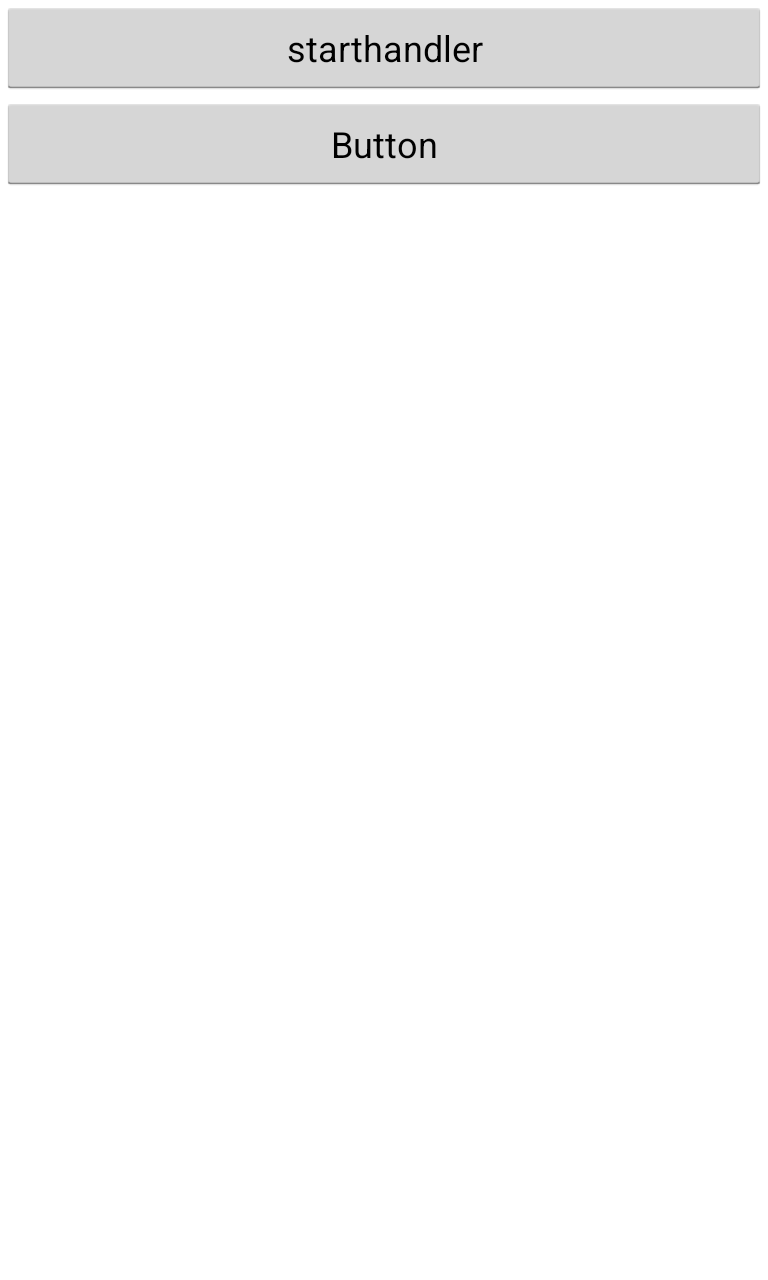
Repository: fengzixu/AndroidLearing
Layout: MyTestPrograme/AndroidDemo/res/layout/layout_newhandler.xml
The author's editor kept a copy of each file at every save. The layout is drawn from the files as they stood at one save, then again after the next save.
It is drawn on a 768 x 1280 px phone screen (xhdpi) without system bars, with theme AppTheme; the app's code is not run.

Above is the layout before, as saved 2015-05-27 11:44:09.

### MyTestPrograme/AndroidDemo/res/layout/layout_newhandler.xml
<?xml version="1.0" encoding="utf-8"?>
<LinearLayout xmlns:android="http://schemas.android.com/apk/res/android"
    android:layout_width="match_parent"
    android:layout_height="match_parent"
    android:orientation="vertical" >

    <Button
        android:id="@+id/start_handler_button1"
        android:layout_width="match_parent"
        android:layout_height="wrap_content"
        android:text="starthandler" />

    <Button
        android:id="@+id/start_handler_button2"
        android:layout_width="match_parent"
        android:layout_height="wrap_content"
        android:text="Button" />

</LinearLayout>

Loaded but not shown: MyTestPrograme/AndroidDemo/res/values/styles.xml (common file); MyTestPrograme/AndroidDemo/res/values-v11/styles.xml (common file); MyTestPrograme/AndroidDemo/res/values-v14/styles.xml (common file)

After the next save:
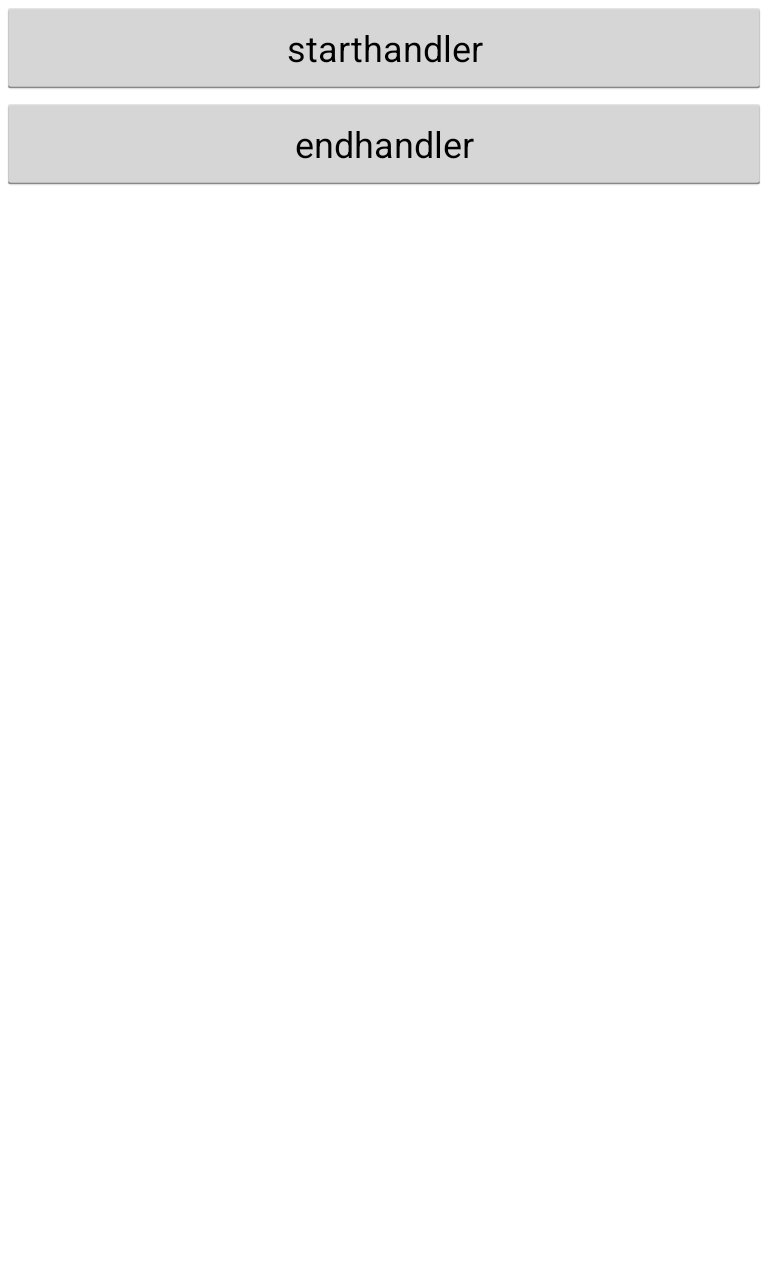
Saved 7 s later.
--- a/MyTestPrograme/AndroidDemo/res/layout/layout_newhandler.xml
+++ b/MyTestPrograme/AndroidDemo/res/layout/layout_newhandler.xml
@@ -14,6 +14,6 @@
         android:id="@+id/start_handler_button2"
         android:layout_width="match_parent"
         android:layout_height="wrap_content"
-        android:text="Button" />
+        android:text="endhandler" />
 
 </LinearLayout>
